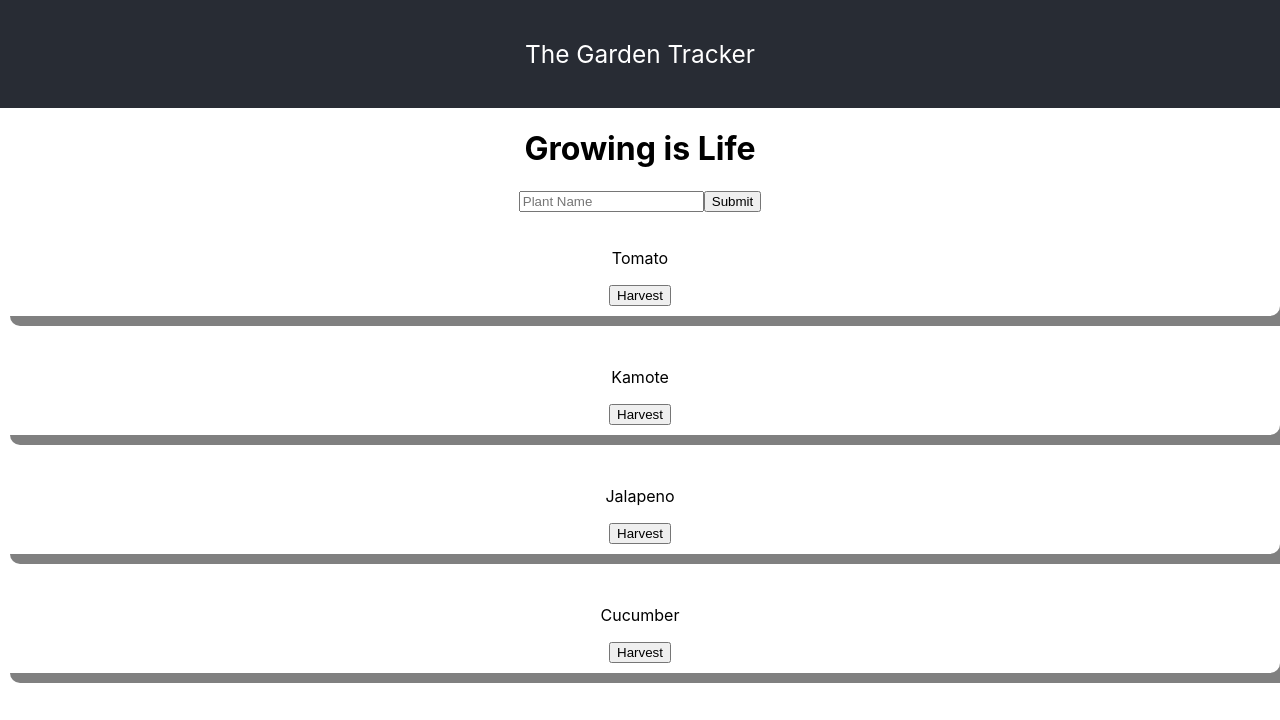
Repository: charliejp0311/gardentracker
Page: /garden
An editor plug-in stored every save of this project. The page is shown before and after the next save, followed by the edit.
The browser window is 1280 px wide. The pictures show the whole page.
The project was rebuilt for these pictures with package versions that can differ from the ones it lists, and the page was loaded fresh each time. Also part of the build but not shown: src/components/Harvest.js.

Above is the page before, as saved 2020-10-29 12:17:30.

After the next save:
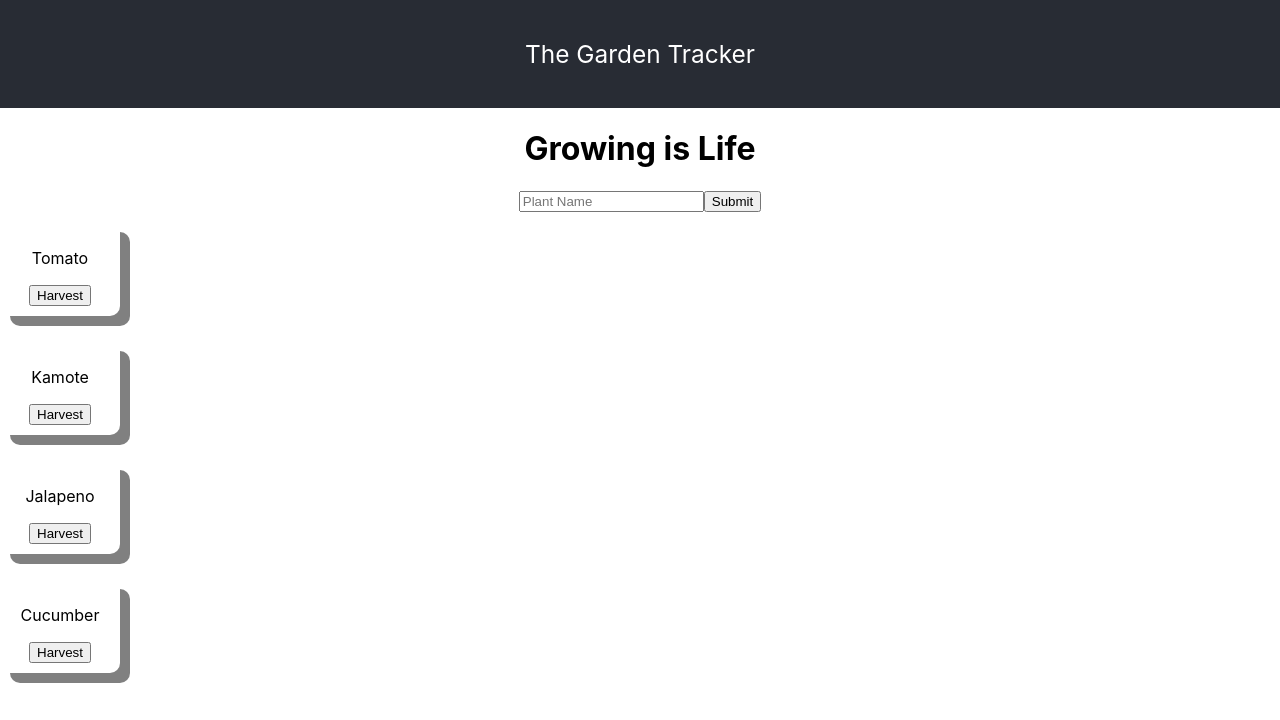
Saved 44 s later.
--- a/src/App.css
+++ b/src/App.css
@@ -39,7 +39,7 @@
 
 .plant {
   height: auto;
-  width: auto;
+  width: 100px;
   box-shadow: 10px 10px grey;
   padding: 10px;
   border-radius: 10px;

After the 2 saves that followed:
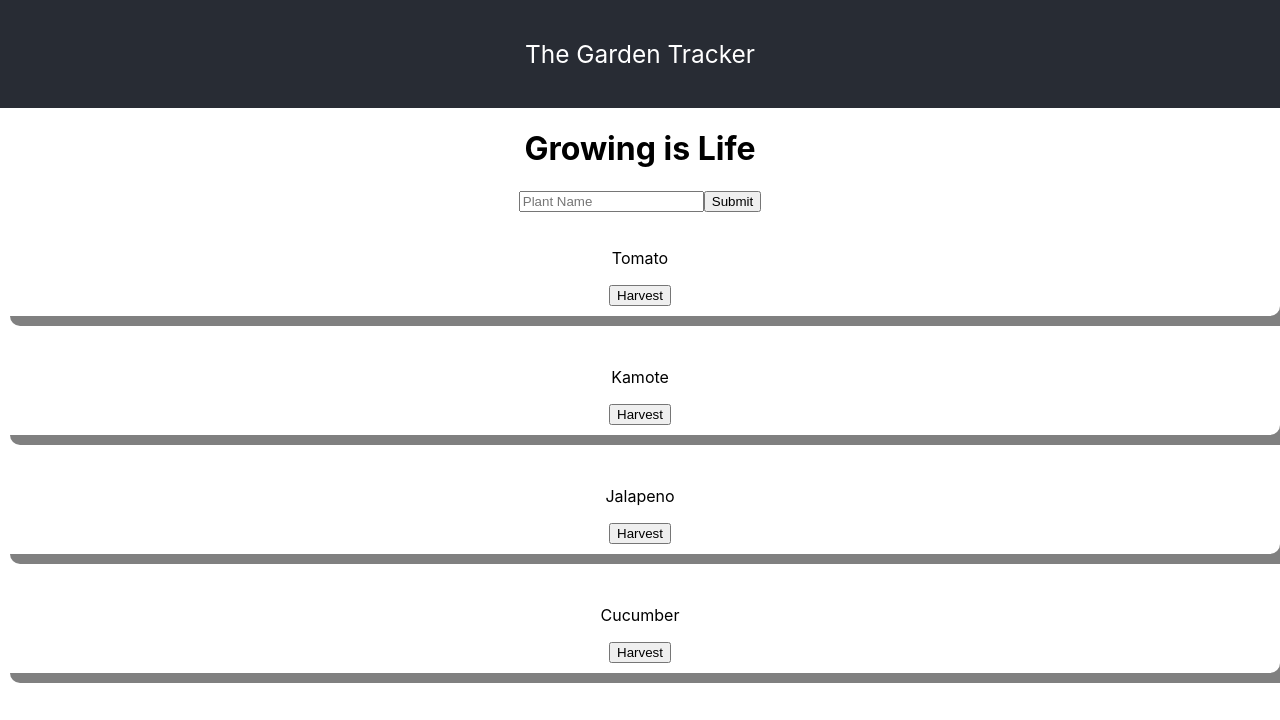
The 2 saves are shown as one change because 1 left the picture as it was.
The last was saved 4 min 11 s later.
--- a/src/App.css
+++ b/src/App.css
@@ -30,7 +30,7 @@
 
 .garden {
   display: grid;
-  grid-template-columns: auto;
+  grid-template-columns: 1fr;
   grid-template-rows: auto;
   grid-gap: 25px;
   padding-top: 10px;
@@ -39,7 +39,7 @@
 
 .plant {
   height: auto;
-  width: 100px;
+  width: auto;
   box-shadow: 10px 10px grey;
   padding: 10px;
   border-radius: 10px;
